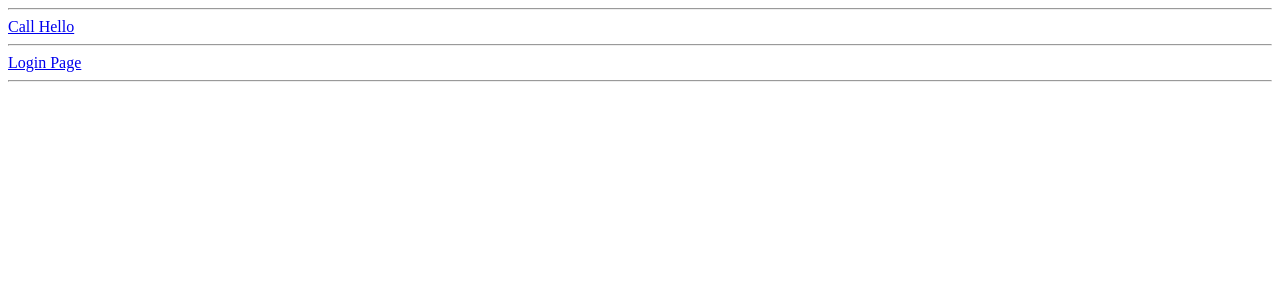
Repository: adithnaveen/trainingus1
Page: http://localhost/MyCompany/
An editor plug-in stored every save of this project. The page is shown before and after the next save, followed by the edit.
The browser window is 1280 px wide. The pictures show the whole page.
The page is served by Tomcat 9.

Above is the page before, as saved 2016-06-02 16:10:13.

After the next save:
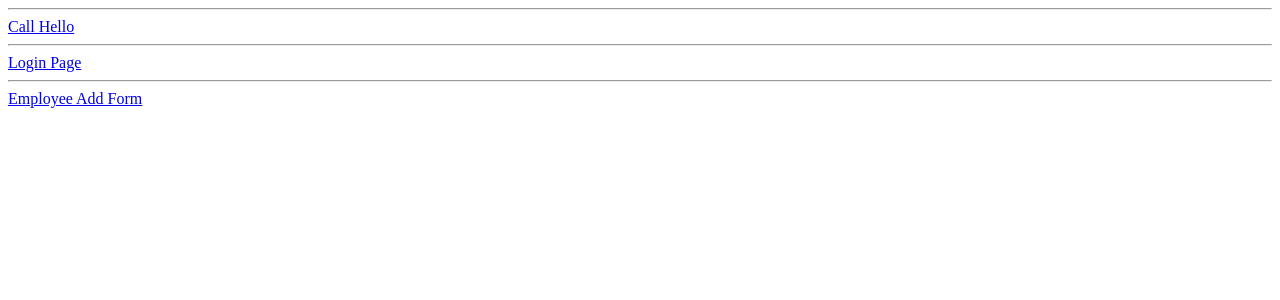
Saved 4 min 11 s later.
--- a/ClassRoomTraining/MyCompany/src/main/webapp/index.jsp
+++ b/ClassRoomTraining/MyCompany/src/main/webapp/index.jsp
@@ -9,7 +9,7 @@
 	<a href="loginpage.html">Login Page</a>
 
 <hr />
-	<a href="employee.html"></a>
+	<a href="employee.html">Employee Add Form</a>
 
 </body>
 </html>
